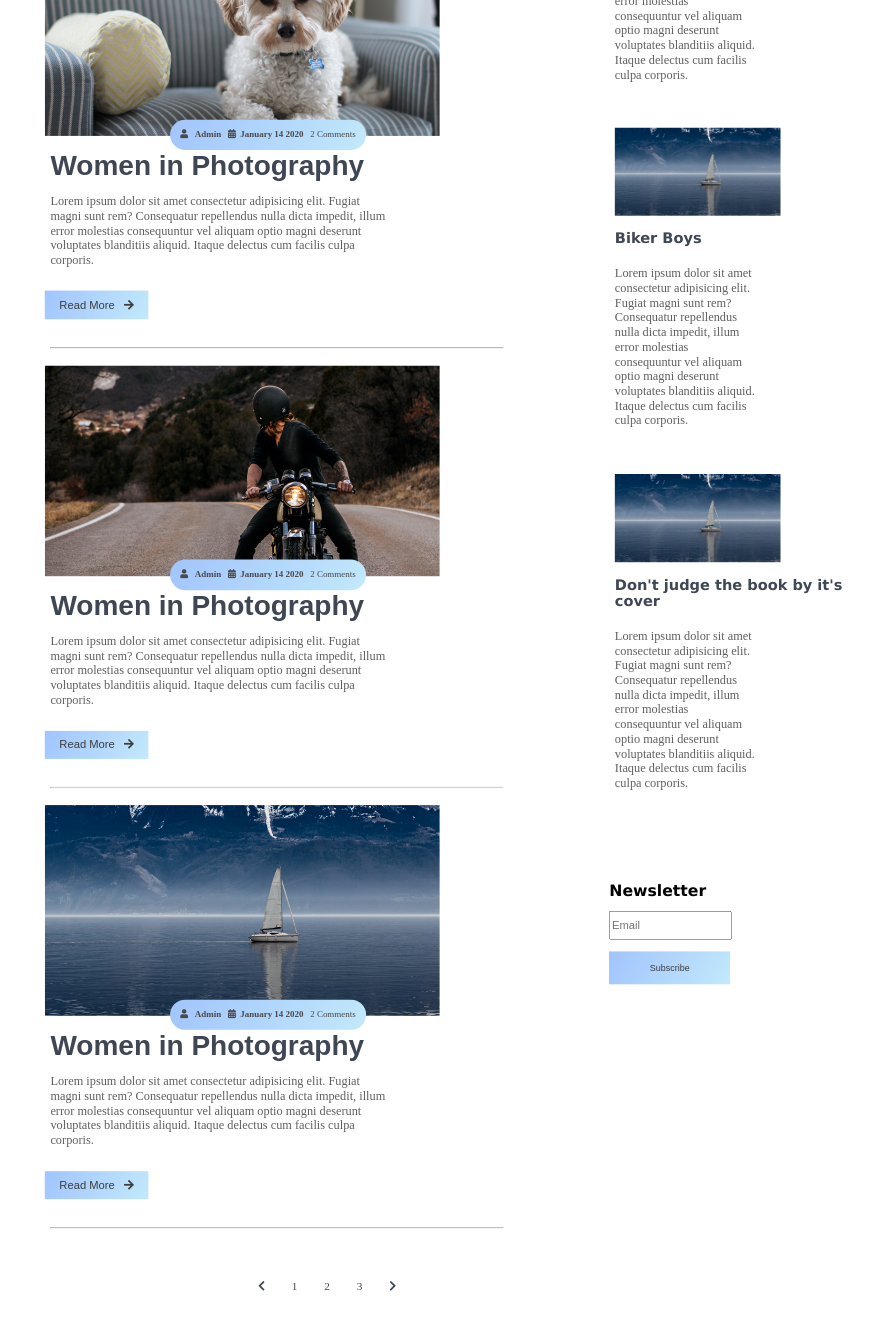
Repository: premjawaharp/Blogsite
Page: index.html
These files come from the project's save history. The page is drawn as it stood at one moment and after a run of saves; the edit follows.
The browser window is 1280 px wide. The pictures show the part of the page from y = 2033 to 3953 px (the page is 3953 px tall), at 70% of full size.

Above is the page before, as saved 2020-09-16 21:43:21.

After the next 6 saves:
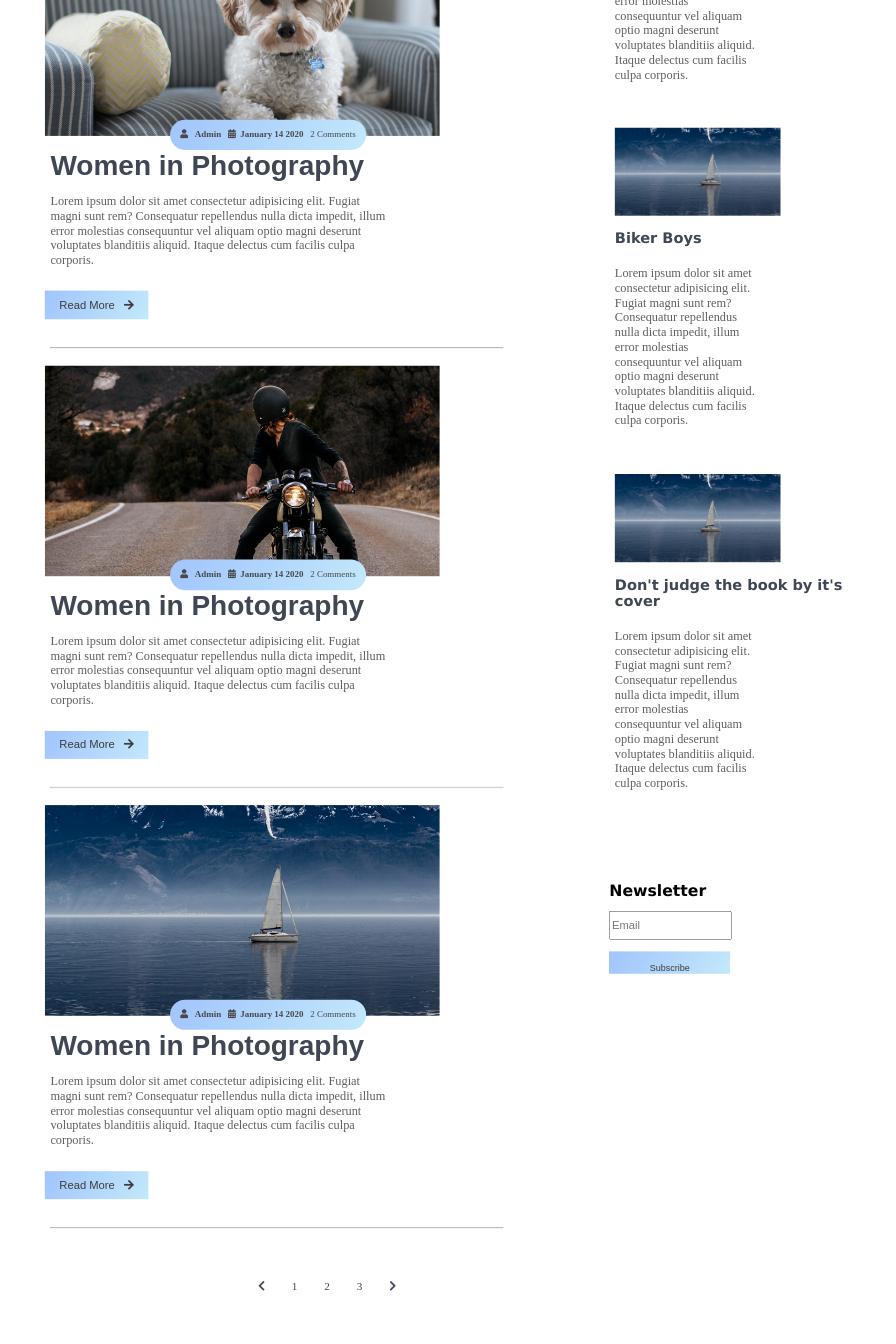
The 6 saves are shown as one change because they came seconds apart.
The last was saved 14 s later.
--- a/css/style.css
+++ b/css/style.css
@@ -408,7 +408,7 @@
 main .news-letter .news-form .new-form-btn {
     border-radius: 0;
     margin-top: 1rem;
-
+    height: 1vh;
     background: var(--water-sky);
     font-size:1vw;
 }

After the 6 saves that followed:
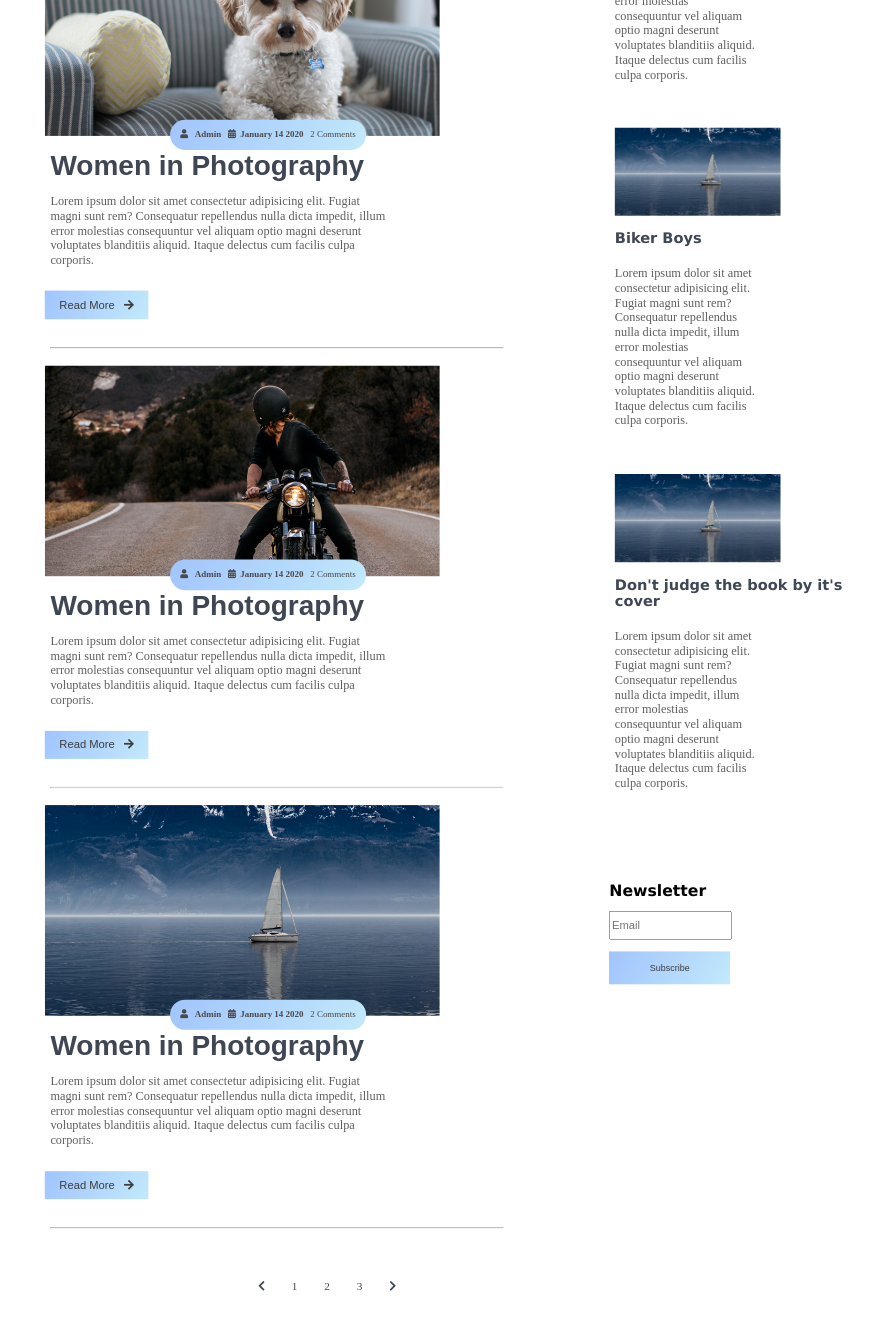
The 6 saves are shown as one change because they came seconds apart.
The last was saved 14 s later.
--- a/css/style.css
+++ b/css/style.css
@@ -408,7 +408,7 @@
 main .news-letter .news-form .new-form-btn {
     border-radius: 0;
     margin-top: 1rem;
-    height: 1vh;
+    height: 50%;
     background: var(--water-sky);
     font-size:1vw;
 }
